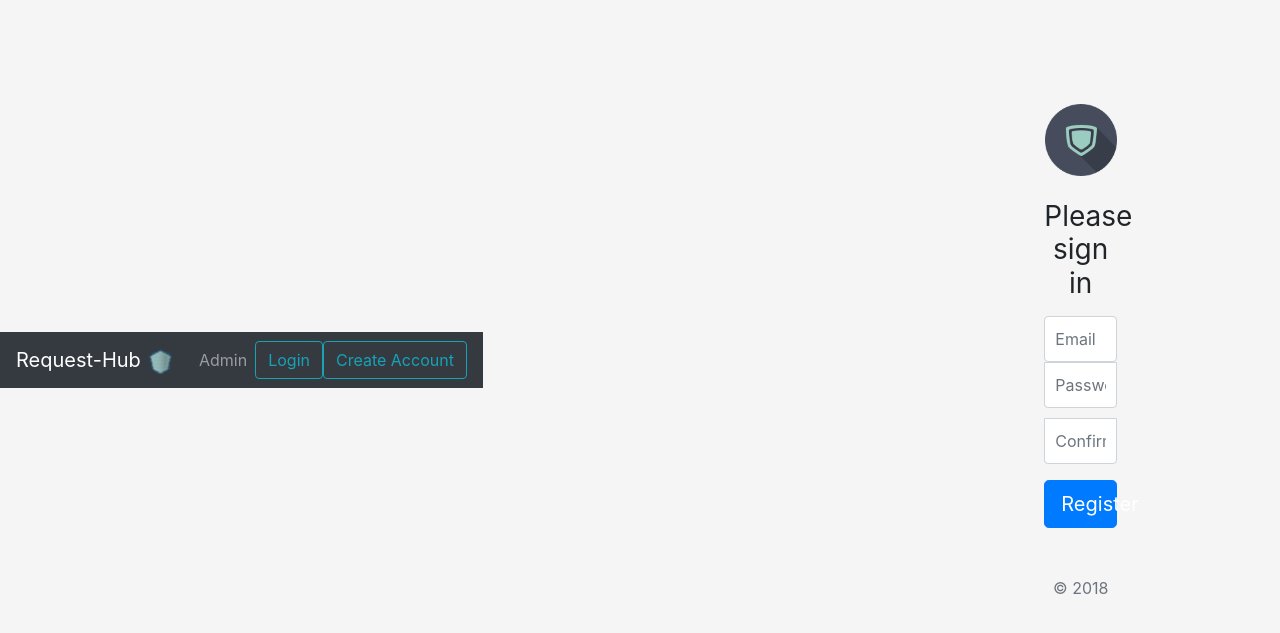
Repository: DonWhelan/Request-Hub
Page: http://localhost/newCompanyForm.php
The author's editor kept a record of every edit. The page is drawn from the files as they stood at one moment, then again after the next edit.
The browser window is 1280 px wide. The pictures show the whole page.
The page is run by PHP 8.4 with error messages shown; the project is at /var/www/html/.

Above is the page before.

After the next edit:
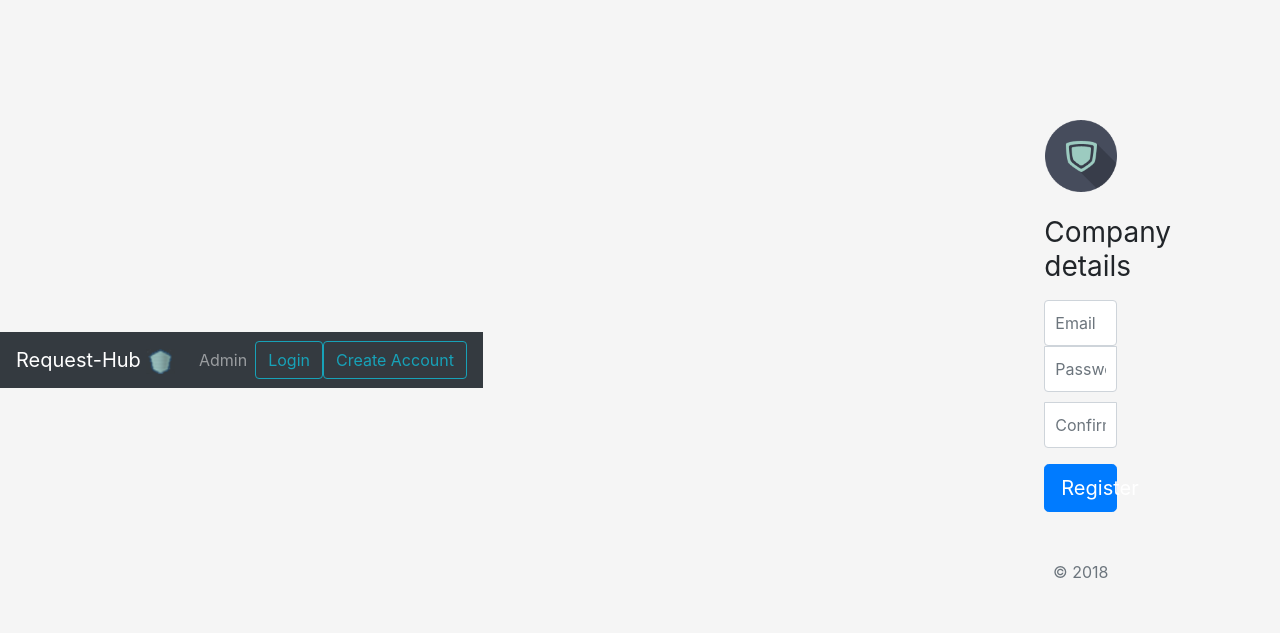
The edit:
--- a/newCompanyForm.php
+++ b/newCompanyForm.php
@@ -35,7 +35,7 @@
                 <div class="col-sm-4">
                     <form action="newUser.php" method="post" name="Login_Form" class="form-signin">
                         <img class="mb-4" src="assets/img/icons/services-1.png" alt="" width="72" height="72">
-                        <h1 class="h3 mb-3 font-weight-normal">Please sign in</h1>
+                        <h1 class="h3 mb-3 font-weight-normal">Company details</h1>
                         <label for="inputEmail" class="sr-only">Email address</label>
                         <input type="text" class="form-control" name="email" placeholder="Email" required="" />
                         <input type="password" class="form-control" name="password" placeholder="Password" required="" />
